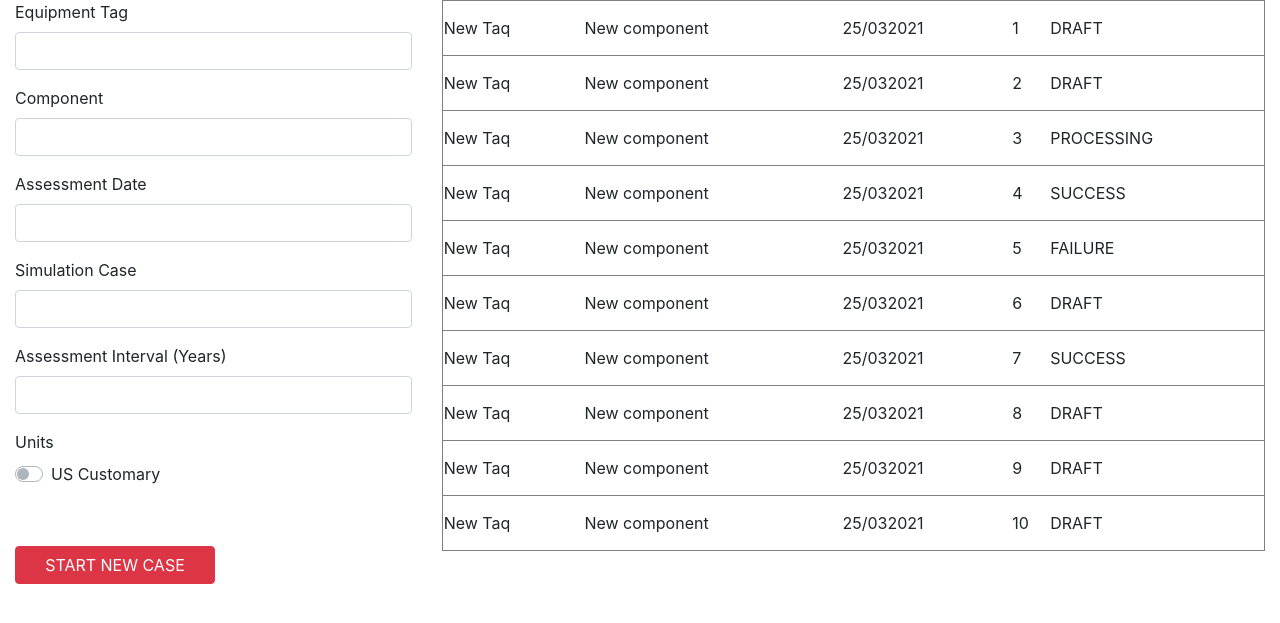
Repository: arif286/dashboard
Page: /
These files come from the project's save history. The page is drawn as it stood at one moment and after a run of saves; the edit follows.
The browser window is 1280 px wide. The pictures show the whole page.
The project was rebuilt for these pictures with package versions that can differ from the ones it lists, and the page was loaded fresh each time. The framework's server and built-in components were replaced by stand-ins that run in the browser. Also part of the build but not shown: nuxt.config.js, components/Nav.vue.

Above is the page before, as saved 2021-06-18 18:52:19.

### components/Form.vue
<template>
  <div>
    <form class="Assessment-input" action="">
      <div class="mb-3">
        <label for="Input1" class="form-label">Equipment Tag</label>
        <input id="Input1" type="text" class="form-control">
      </div>
      <div class="mb-3">
        <label for="Input2" class="form-label">Component</label>
        <input id="Input2" type="text" class="form-control">
      </div>
      <div class="mb-3">
        <label for="Input3" class="form-label">Assessment Date</label>
        <input id="Input3" type="text" class="form-control">
      </div>
      <div class="mb-3">
        <label for="Input4" class="form-label">Simulation Case</label>
        <input id="Input4" type="text" class="form-control">
      </div>
      <div class="mb-3">
        <label for="Input5" class="form-label">Assessment Interval (Years)</label>
        <input id="Input5" type="text" class="form-control">
      </div>
      <div>
        <label for="Input5" class="form-label">Units</label>
        <b-form-checkbox v-model="checked" name="check-button" switch>
          US Customary
        </b-form-checkbox>
      </div>
      <b-button class="submit-button" type="submit" variant="danger">
        START NEW CASE
      </b-button>
    </form>
  </div>
</template>
<script>
export default {
  data () {
    return {
      form: {
        email: '',
        name: '',
        food: null,
        checked: []
      },
      foods: [
        { text: 'Select One', value: null },
        'Carrots',
        'Beans',
        'Tomatoes',
        'Corn'
      ],
      show: true,
      checked: false
    }
  },
  methods: {
    onSubmit (event) {
      event.preventDefault()
      alert(JSON.stringify(this.form))
    }
  }
}
</script>
<style>
.submit-button {
  width: 200px;
  margin-top: 60px;
}
.Assessment-input input:focus {
  border-color: red;
  box-shadow: none;
}
</style>

### components/Table.vue
<template>
  <table class="w-100 table-border">
    <!-- <thead>
        <tr>
          <th className="text-secondary" scope="col">
            Name
          </th>
          <th className="text-secondary" scope="col">
            Email Id
          </th>
          <th className="text-secondary" scope="col">
            Service
          </th>
          <th className="text-secondary" scope="col">
            pay with
          </th>
          <th className="text-secondary" scope="col">
            status
          </th>
        </tr>
      </thead> -->
    <tbody>
      <tr v-for="item in data" :key="item.id">
        <td>{{ item.equipmentTag }}</td>
        <td>{{ item.component }}</td>
        <td>{{ item.assessmentDate }}</td>
        <td>{{ item.case }}</td>
        <td>{{ item.status }}</td>
      </tr>
    </tbody>
  </table>
</template>

<script>
export default {
  props: {
    data: {
      type: Array,
      required: true
    }
  }
}
</script>
<style scoped>

.table-border tr{
 border: 1px solid gray;
}
.table-border td{
  padding-top: 15px;
  padding-bottom: 15px;
}
</style>

### pages/index.vue
<template>
  <div class="container">
    <div class="row">
      <div class="col-4">
        <Form />
      </div>
      <div class="col-8">
        <Table :data="dashboardData" />
      </div>
    </div>
  </div>
</template>

<script>
import { dashboardData } from '@/assets/dashboard.js'
// eslint-disable-next-line semi
export default {
  data () {
    return { dashboardData }
  }
}
</script>

<style>
.container {
  max-width: 1760px;
}
</style>

### assets/dashboard.js
export const dashboardData = [
  {
    id: 1,
    equipmentTag: 'New Taq',
    component: 'New component',
    assessmentDate: '25/032021',
    case: 1,
    status: 'DRAFT'
  },
  {
    id: 2,
    equipmentTag: 'New Taq',
    component: 'New component',
    assessmentDate: '25/032021',
    case: 2,
    status: 'DRAFT'
  },
  {
    id: 3,
    equipmentTag: 'New Taq',
    component: 'New component',
    assessmentDate: '25/032021',
    case: 3,
    status: 'PROCESSING'
  },
  {
    id: 4,
    equipmentTag: 'New Taq',
    component: 'New component',
    assessmentDate: '25/032021',
    case: 4,
    status: 'SUCCESS'
  },
  {
    id: 5,
    equipmentTag: 'New Taq',
    component: 'New component',
    assessmentDate: '25/032021',
    case: 5,
    status: 'FAILURE'
  },
  {
    id: 6,
    equipmentTag: 'New Taq',
    component: 'New component',
    assessmentDate: '25/032021',
    case: 6,
    status: 'DRAFT'
  },
  {
    id: 7,
    equipmentTag: 'New Taq',
    component: 'New component',
    assessmentDate: '25/032021',
    case: 7,
    status: 'SUCCESS'
  },
  {
    id: 8,
    equipmentTag: 'New Taq',
    component: 'New component',
    assessmentDate: '25/032021',
    case: 8,
    status: 'DRAFT'
  },
  {
    id: 9,
    equipmentTag: 'New Taq',
    component: 'New component',
    assessmentDate: '25/032021',
    case: 9,
    status: 'DRAFT'
  },
  {
    id: 10,
    equipmentTag: 'New Taq',
    component: 'New component',
    assessmentDate: '25/032021',
    case: 10,
    status: 'DRAFT'
  }
]

Loaded but not shown: layouts/default.vue (common file)

After the next 4 saves:
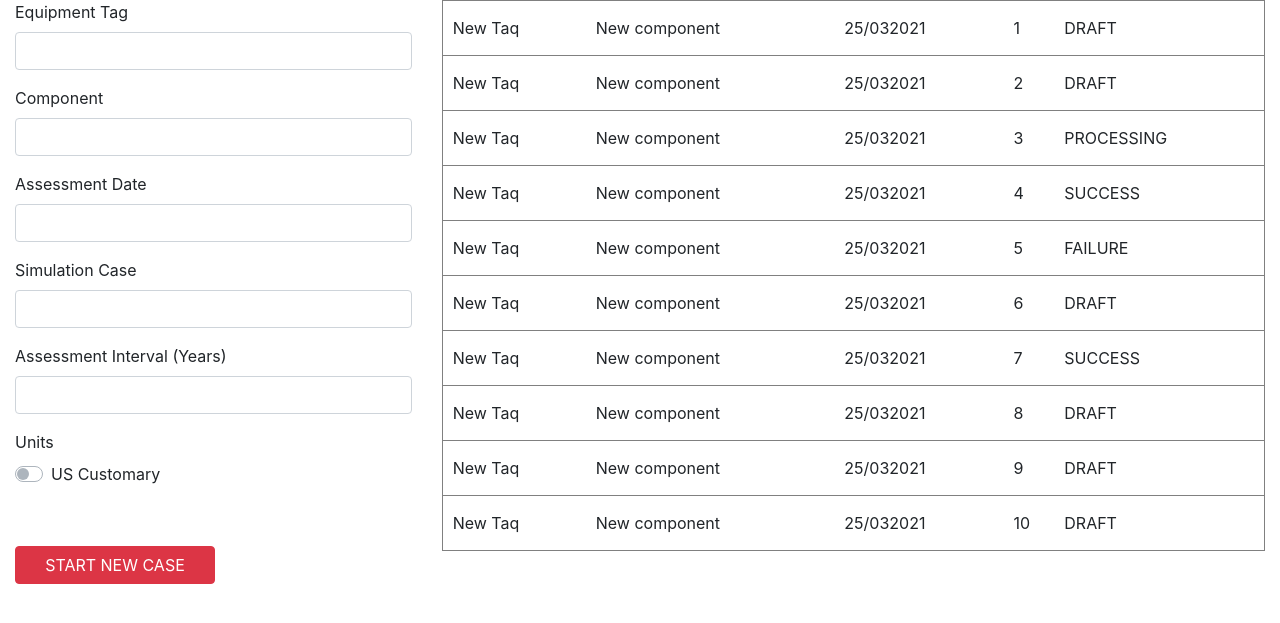
The 4 saves are shown as one change because 1 did not build or start and some came seconds apart.
The last was saved 21 s later.
--- a/components/Table.vue
+++ b/components/Table.vue
@@ -49,5 +49,6 @@ export default {
 .table-border td{
   padding-top: 15px;
   padding-bottom: 15px;
+  padding-left: 10px;
 }
 </style>
